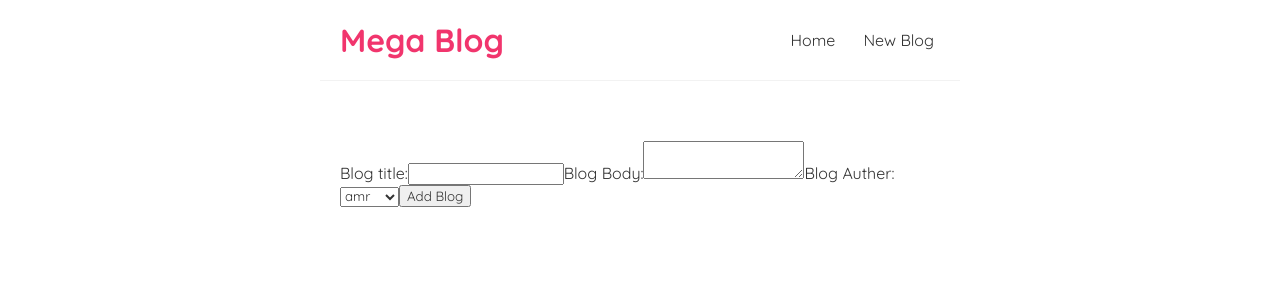
Repository: Amr-Hendawy/blog
Page: /create
These files come from the project's save history. The page is drawn as it stood at one moment and after the next save; the edit follows.
The browser window is 1280 px wide. The pictures show the whole page.
The project was rebuilt for these pictures with package versions that can differ from the ones it lists, and the page was loaded fresh each time. A package was used in the major version that the imports need, not the one package.json lists. Also part of the build but not shown: src/Components/BlogList/BlogList.js, src/Components/Home/Home.css, src/Components/useFetch/useFetch.js, src/Components/Home/Home.js, src/Components/BlogDetails/BlogDetails.js.

Above is the page before, as saved 2022-11-09 19:44:31.

### src/index.css
@import url("https://fonts.googleapis.com/css2?family=Quicksand:wght@300;400;500;600;700&display=swap");
/* base styles */
* {
  margin: 0;
  font-family: "Quicksand";
  color: #333;
}
.navbar {
  padding: 20px;
  display: flex;
  align-items: center;
  max-width: 600px;
  margin: 0 auto;
  border-bottom: 1px solid #f2f2f2;
}
.navbar h1 {
  color: #f1356d;
}
.navbar .links {
  margin-left: auto;
}
.navbar a {
  margin-left: 16px;
  text-decoration: none;
  padding: 6px;
}
.navbar a:hover {
  color: #f1356d;
}
.content {
  max-width: 600px;
  margin: 40px auto;
  padding: 20px;
}
/*blog previews / list*/

.blog-preview {
  padding: 10px 16px;
  margin: 20px 0;
  border-bottom: 1px solid rgba(0, 0, 0, 0.1);
}

.blog-preview:hover {
  box-shadow: 1px 3px 5px rgba(0, 0, 0, 0.1);
}
.blog-preview h2 {
  font-size: 20px;
  color: #f1356d;
  margin-bottom: 8px;
}
.blog-preview a {
  text-decoration: none;
}

### src/App.js
import Home from "./Components/Home/Home";
import { Navbar } from "./Components/Navbar/Navbar";
import { BrowserRouter as Router, Route, Switch } from "react-router-dom";
import Create from "./Components/Create/Create";
import BlogDetails from "./Components/BlogDetails/BlogDetails";
function App() {
  return (
    <Router>
      <div className="App">
        <Navbar />
        <div className="content">
          <Switch>
            <Route exact path="/">
              <Home />
            </Route>
            <Route path="/create">
              <Create />
            </Route>
            <Route path="/blogs/:id">
              <BlogDetails />
            </Route>
          </Switch>
        </div>
      </div>
    </Router>
  );
}

export default App;

### src/Components/Navbar/Navbar.js
import React from "react";
import { Link } from "react-router-dom";
export const Navbar = () => {
  return (
    <div className="navbar">
      <h1>Mega Blog</h1>
      <div className="links">
        <Link to="/">Home</Link>
        <Link to="/create">New Blog</Link>
      </div>
    </div>
  );
};

### src/Components/Create/Create.js
const Create = () => {
  return (
    <div className="create">
      <form>
        <label>Blog title:</label>
        <input type="text" required />
        {""}
        <label>Blog Body:</label>
        <textarea type="text" required></textarea>
        {""}
        <label>Blog Auther:</label>
        <select>
          <option value="amr">amr</option>
          <option value="john">john</option>
          <option value="mario">mario</option>
        </select>
        <button>Add Blog</button>
      </form>
    </div>
  );
};

export default Create;

Loaded but not shown: src/index.js (common file)

After the next save:
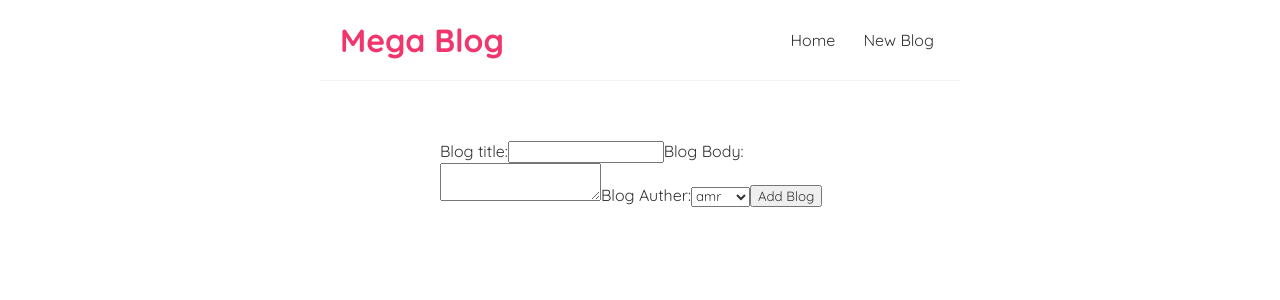
Saved 95 s later.
--- a/src/index.css
+++ b/src/index.css
@@ -51,3 +51,7 @@
 .blog-preview a {
   text-decoration: none;
 }
+.create {
+  max-width: 400px;
+  margin: 0 auto;
+}
